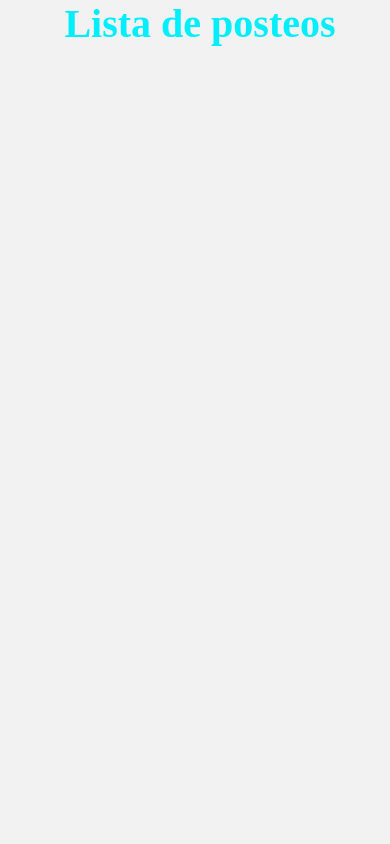
Repository: larafernandezo/finalprog3
Screen: /Home
The author's editor kept a copy of each file at every save. The screen is drawn from the files as they stood at one save, then again after a run of saves.
The page's requests for data from a server got no answer. The app was drawn by React Native's web renderer in a window 390 px wide. The project was rebuilt for these pictures with package versions that can differ from the ones it lists, and the page was loaded fresh each time. No one was signed in, and anything a server would have sent is missing. Also part of the build but not shown: src/components/Camera.js, src/screens/Registro.js, src/components/Post.js, src/screens/MiPerfil.js, src/screens/NuevoPost.js, src/components/Menu.js, src/screens/Perfil.js.

Above is the screen before, as saved 2022-11-22 11:38:57.

### App.js
import { StyleSheet, View } from 'react-native';
import { NavigationContainer } from '@react-navigation/native';
import { createNativeStackNavigator } from '@react-navigation/native-stack';
import Registro from './src/screens/Registro';
import Login from './src/screens/Login';
import Home from './src/screens/Home';
import Menu from './src/components/Menu';
import Perfil from './src/screens/Perfil';


const Stack = createNativeStackNavigator();


function App() {
  return (
    <NavigationContainer>
      <Stack.Navigator>
        <Stack.Screen name='Login' component={Login} options= {{ headerShown : false}}/>
        <Stack.Screen name='Registro' component={Registro} options= {{ headerShown : false}}/>
        <Stack.Screen name='Home' component={Home} options= {{ headerShown : false}}/>
        <Stack.Screen name='Menu' component={Menu} options= {{ headerShown : false}}/>
      </Stack.Navigator>
    </NavigationContainer>
  );
};

export default App;

### src/screens/Login.js
import React, {Component} from 'react';
import {auth} from '../firebase/config';
import {View, Text, StyleSheet, TextInput, TouchableOpacity, Image} from 'react-native';

class Login extends Component {
    constructor(){
        super()
        this.state = {
            email: "",
            contraseña: "",
            error: ""
        }
    }

    componentDidMount(){
        auth.onAuthStateChanged(usuario => {
            if (usuario){
                this.props.navigation.navigate ("Menu")
            }
        })
    }

    iniciarUsuario(email, contraseña){
        auth.signInWithEmailAndPassword(email, contraseña)
            .then( res => {
                this.props.navigation.navigate("Menu")
            })
            .catch(error =>
                this.setState({
                error: error.message
            })
            )
    }

    render(){
        return(
            <View style={styles.fondo}>

            <Text style={styles.error}>{this.state.error}</Text>


                <Text style={styles.titulo}>Iniciar Sesión</Text>

                <View style={styles.caja}>
                <Text style={styles.error}>{this.state.error}</Text>
                    <TextInput
                        placeholder= 'Cuenta de Email'
                        keyboardType= 'email-address'
                        onChangeText={ texto => this.setState({email : texto})}
                        value = {this.state.email}
                        style={styles.fillin}
                    />
                    <TextInput
                        placeholder= 'Contraseña'
                        keyboardType= 'default'
                        secureTextEntry = {true}
                        onChangeText={ texto => this.setState({contraseña : texto})}
                        value = {this.state.contraseña}
                        style={styles.fillin}
                    />


{
                this.state.email =="" || this.state.contraseña =="" ?
                    <TouchableOpacity>
                        <Text style={styles.alerta}>Ingresar</Text>
                    </TouchableOpacity>
                :
                    <TouchableOpacity onPress={ () => this.iniciarUsuario (this.state.email, this.state.contraseña)} >
                        <Text style={styles.cont}>Ingresar</Text>
                    </TouchableOpacity>

}

                    <Text onPress={ () => this.props.navigation.navigate ('Registro')} style={styles.switch}>¿No tenés cuenta? Registrate haciendo click aquí</Text>
                </View>
            </View>
        )
    }
}

const styles = StyleSheet.create({
    fondo: {
        alignItems: 'center',
        backgroundColor: 'rgb(234, 242, 248)',
    },
    titulo: {
        color: 'rgb(52, 152, 219)',
        fontFamily: 'avenir',
        fontSize: 26,
        margin: 60,
    },
    caja:{
        backgroundColor: 'rgb(215, 219, 221)',
        borderRadius: 6,
        padding: 20,

    },
    fillin: {
        backgroundColor: 'rgb(253, 254, 254)',
        color: 'rgb(179, 182, 183)',
        fontFamily: 'avenir',
        fontSize: 13,
        margin: 10,
        borderRadius: 6,
        textAlign: 'center',
        padding: 5,
        textAlign: 'left',
    },
    cont: {
        fontFamily: 'avenir',
        fontSize: 14,
        margin: 10,
        backgroundColor: 'rgb(234,252,255)',
        borderRadius: 10,
        textAlign: 'center',
        padding: 5,
    },
    alerta: {
        fontFamily: 'avenir',
        fontSize: 14,
        margin: 10,
        backgroundColor: 'rgb(52, 152, 219)',
        borderRadius: 10,
        textAlign: 'center',
        padding: 5,
        color: 'rgb(234,252,255)',
    },
    switch: {
        fontFamily: 'avenir',
        fontSize: 10,
        margin: 4,
        textAlign: 'center',
        color:'rgb(77, 86, 86)',
    },
    error: {
        fontFamily: 'avenir',
        fontSize: 19,
        margin: 20,
        color: 'rgb(203, 67, 53)'
    },
})



export default Login;

### src/screens/Home.js
import React, { Component } from 'react';
import { View, Text, FlatList,  StyleSheet, TextInput} from 'react-native';
import Post from '../components/Post';
import { db } from '../firebase/config'


class Posts extends Component {

    constructor(props) {
        super(props)
        this.state = {
            posteos: [],
        }
    }

    componentDidMount() {
        db.collection('posts').onSnapshot(
            docs => {
                let posts = [];
                docs.forEach(doc => {
                    posts.push({
                        id: doc.id,
                        data: doc.data()
                    })
                })
                this.setState({
                    posteos: posts,
                })
            })
    }

    render() {
        return (
          //prueba1 descomento para ver si funca
            <View style={styles.view}>
            <Text style={styles.title}> Lista de posteos</Text>
            <FlatList
                    data={this.state.posteos}
                    keyExtractor={ item => item.id.toString()}
                    renderItem={ ({item}) => <Post postData={item} navigation={this.props.navigation} id={item.id}/>}
            />
            </View>
        )
    }
}
const styles = StyleSheet.create({

   title:{
        fontSize: 40,
        fontWeight:'bold',
        textAlign:'center',
        fontFamily: 'raleway heavy',
        color: '#00efff'

    },
    view:{
        flex:1
    }
})

export default Posts;

### src/firebase/config.js
import app from 'firebase/app';
import firebase from 'firebase';

const firebaseConfig = {
    apiKey: "AIzaSyDPgkPZuV5RhBSI7u_oFMlRH3es895rxlU",
    authDomain: "finalprog3-bb705.firebaseapp.com",
    projectId: "finalprog3-bb705",
    storageBucket: "finalprog3-bb705.appspot.com",
    messagingSenderId: "894733539643",
    appId: "1:894733539643:web:6ef31fb78c2644aa783f1e"
  };

app.initializeApp(firebaseConfig);

export const auth = firebase.auth();
export const storage = app.storage();
export const db = app.firestore();

After the next 2 saves:
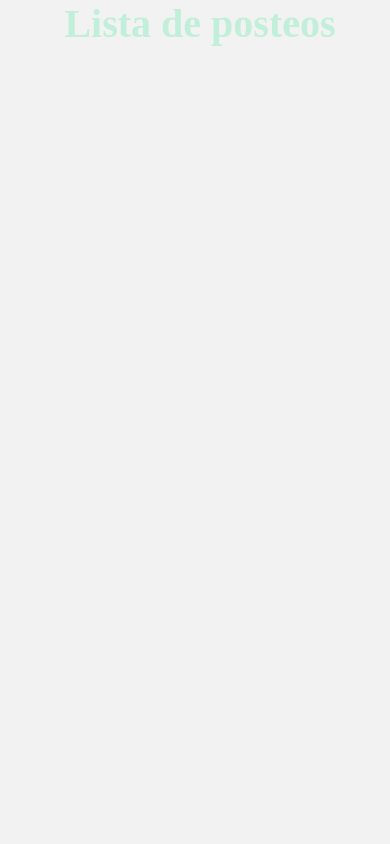
The 2 saves are shown as one change because they came seconds apart.
The last was saved 31 s later.
--- a/src/screens/Home.js
+++ b/src/screens/Home.js
@@ -50,7 +50,7 @@ const styles = StyleSheet.create({
         fontWeight:'bold',
         textAlign:'center',
         fontFamily: 'raleway heavy',
-        color: '#00efff'
+        color: '#c1efda'
 
     },
     view:{
